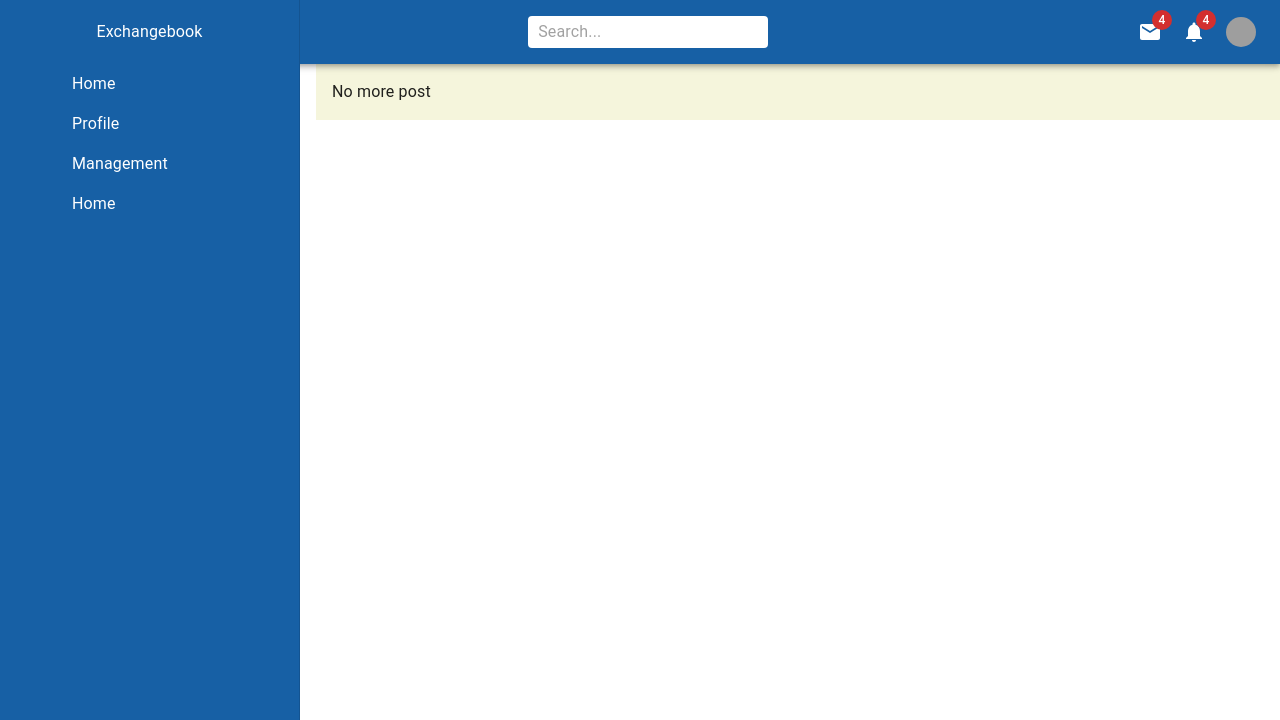
Repository: TrangPhuongLam07/exchangebookfrontend
Page: /
An editor plug-in stored every save of this project. The page is shown before and after the next save, followed by the edit.
The browser window is 1280 px wide. The pictures show the whole page.
Pictures or frames that could not be fetched are drawn as grey boxes. The page's requests for data from a server got no answer. The project was rebuilt for these pictures with package versions that can differ from the ones it lists, and the page was loaded fresh each time. Some packages were replaced by stand-ins written for this rebuild. No one was signed in, and anything a server would have sent is missing. Also part of the build but not shown: craco.config.js, src/components/post/index.js. Imported but missing from the stored project, and not drawn on this page: src/pages/management/add-post, src/pages/management/update-post.

Above is the page before, as saved 2023-08-01 17:52:08.

After the next save:
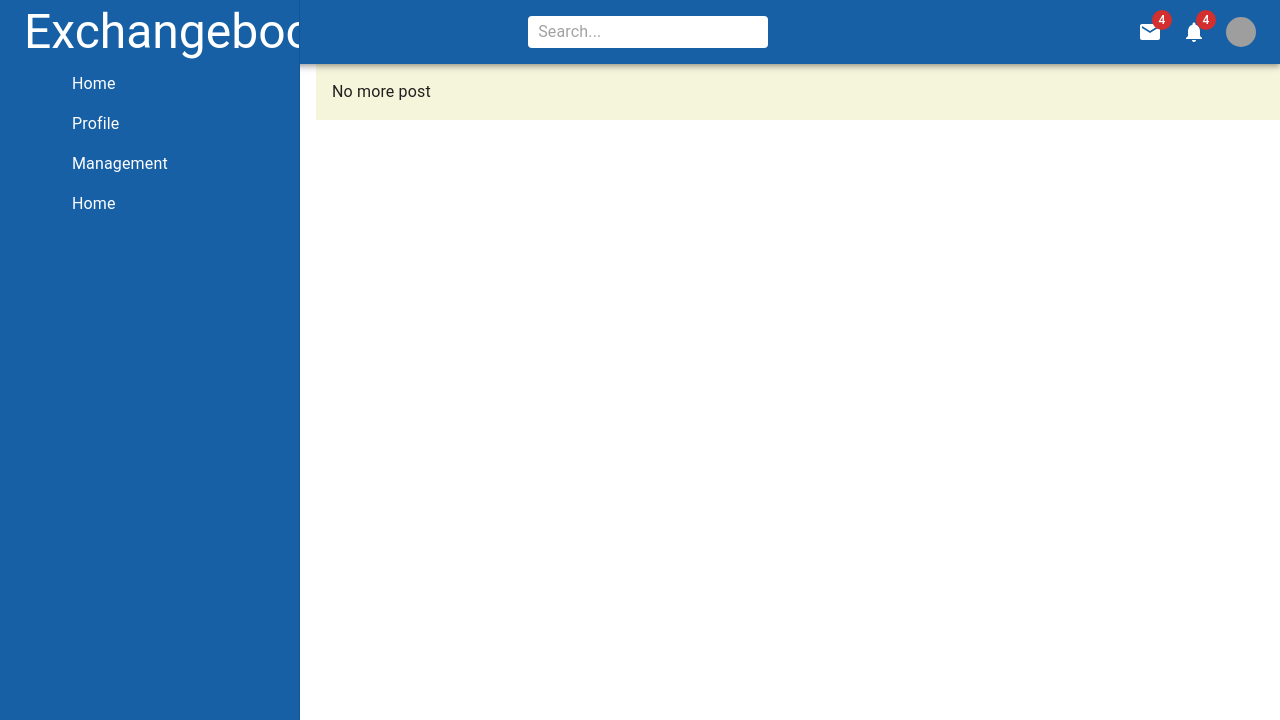
Saved 10 s later.
--- a/src/components/sidebar/index.js
+++ b/src/components/sidebar/index.js
@@ -99,7 +99,7 @@ const Sidebar = () => {
               textAlign: "center",
             }}
           >
-            <Typography>Exchangebook</Typography>
+            <Typography variant="h3">Exchangebook</Typography>
           </Stack>
         </Toolbar>
         <ListItemButton>
